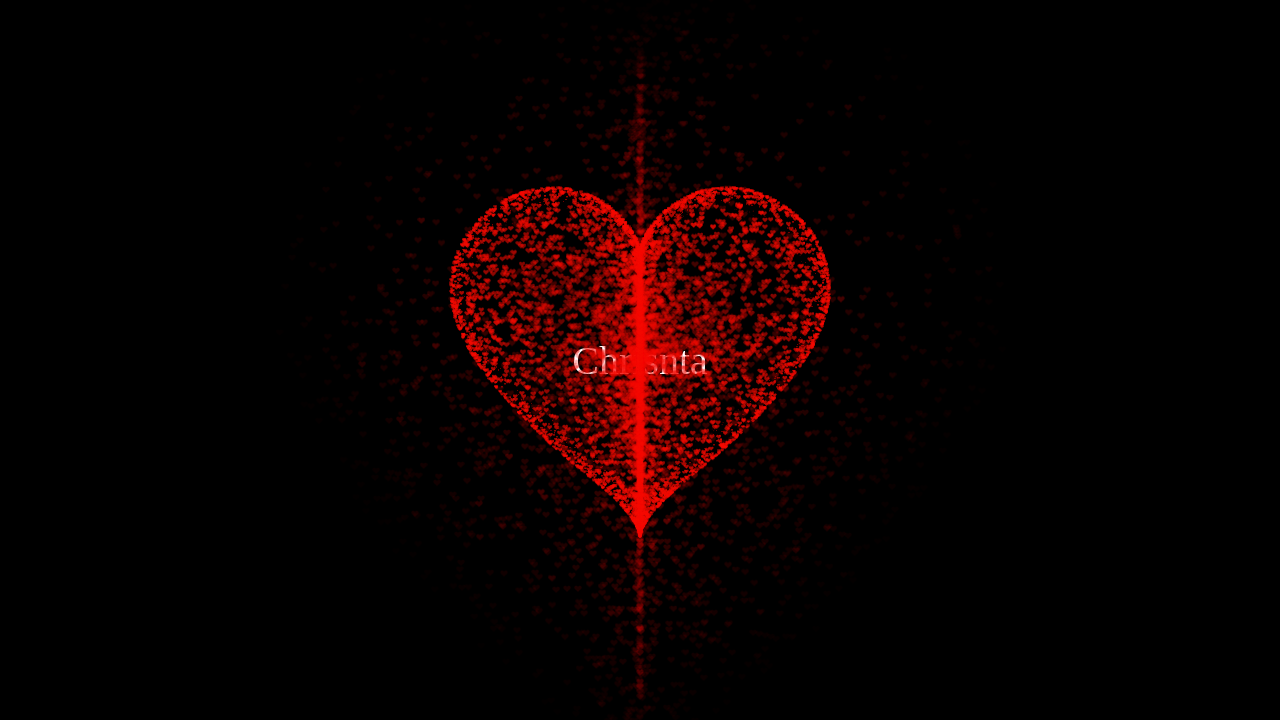
Repository: thaiduy1704/Heart
Page: index.html
The author's editor kept a copy of each file at every save. The page is drawn from the files as they stood at one save, then again after the next save.
The browser window is 1280 px wide. The pictures show the whole page.

Above is the page before, as saved 2022-11-11 01:57:08.
Not found: style.css

### index.html
<!DOCTYPE HTML PUBLIC "-//W3C//DTD HTML 4.0 Transitional//EN">
<HTML>
 <HEAD>
  <TITLE> MINH IT </TITLE>
  <META NAME="Generator" CONTENT="EditPlus">
  <META NAME="Author" CONTENT="">
  <META NAME="Keywords" CONTENT="">
  <META NAME="Description" CONTENT="">
  <link rel="stylesheet" href="style.css">
  <style>
  html, body {
  height: 100%;
  padding: 0;
  margin: 0;
  background: rgba(0, 0, 0, 0.851);
}
canvas {
  position: absolute;
  width: 100%;
  height: 100%;
}
  </style>
 </HEAD>
 <BODY>
  <div class="box">
    <canvas id="pinkboard"></canvas>
  </div>
<script>
var settings = {
  particles: {
    length:   10000, // maximum amount of particles
    duration:   4, // particle duration in sec
    velocity: 80, // particle velocity in pixels/sec
    effect: -1.3, // play with this for a nice effect
    size:      8, // particle size in pixels
  },
};
/*
 */
(function(){var b=0;var c=["ms","moz","webkit","o"];for(var a=0;a<c.length&&!window.requestAnimationFrame;++a){window.requestAnimationFrame=window[c[a]+"RequestAnimationFrame"];window.cancelAnimationFrame=window[c[a]+"CancelAnimationFrame"]||window[c[a]+"CancelRequestAnimationFrame"]}if(!window.requestAnimationFrame){window.requestAnimationFrame=function(h,e){var d=new Date().getTime();var f=Math.max(0,16-(d-b));var g=window.setTimeout(function(){h(d+f)},f);b=d+f;return g}}if(!window.cancelAnimationFrame){window.cancelAnimationFrame=function(d){clearTimeout(d)}}}());
/*
 * Point class
 */
var Point = (function() {
  function Point(x, y) {
    this.x = (typeof x !== 'undefined') ? x : 0;
    this.y = (typeof y !== 'undefined') ? y : 0;
  }
  Point.prototype.clone = function() {
    return new Point(this.x, this.y);
  };
  Point.prototype.length = function(length) {
    if (typeof length == 'undefined')
      return Math.sqrt(this.x * this.x + this.y * this.y);
    this.normalize();
    this.x *= length;
    this.y *= length;
    return this;
  };
  Point.prototype.normalize = function() {
    var length = this.length();
    this.x /= length;
    this.y /= length;
    return this;
  };
  return Point;
})();
/*
 * Particle class
 */
var Particle = (function() {
  function Particle() {
    this.position = new Point();
    this.velocity = new Point();
    this.acceleration = new Point();
    this.age = 0;
  }
  Particle.prototype.initialize = function(x, y, dx, dy) {
    this.position.x = x;
    this.position.y = y;
    this.velocity.x = dx;
    this.velocity.y = dy;
    this.acceleration.x = dx * settings.particles.effect;
    this.acceleration.y = dy * settings.particles.effect;
    this.age = 0;
  };
  Particle.prototype.update = function(deltaTime) {
    this.position.x += this.velocity.x * deltaTime;
    this.position.y += this.velocity.y * deltaTime;
    this.velocity.x += this.acceleration.x * deltaTime;
    this.velocity.y += this.acceleration.y * deltaTime;
    this.age += deltaTime;
  };
  Particle.prototype.draw = function(context, image) {
    function ease(t) {
      return (--t) * t * t + 1;
    }
    var size = image.width * ease(this.age / settings.particles.duration);
    context.globalAlpha = 1 - this.age / settings.particles.duration;
    context.drawImage(image, this.position.x - size / 2, this.position.y - size / 2, size, size);
  };
  return Particle;
})();
/*
 * ParticlePool class
 */
var ParticlePool = (function() {
  var particles,
      firstActive = 0,
      firstFree   = 0,
      duration    = settings.particles.duration;

  function ParticlePool(length) {
    // create and populate particle pool
    particles = new Array(length);
    for (var i = 0; i < particles.length; i++)
      particles[i] = new Particle();
  }
  ParticlePool.prototype.add = function(x, y, dx, dy) {
    particles[firstFree].initialize(x, y, dx, dy);

    // handle circular queue
    firstFree++;
    if (firstFree   == particles.length) firstFree   = 0;
    if (firstActive == firstFree       ) firstActive++;
    if (firstActive == particles.length) firstActive = 0;
  };
  ParticlePool.prototype.update = function(deltaTime) {
    var i;

    // update active particles
    if (firstActive < firstFree) {
      for (i = firstActive; i < firstFree; i++)
        particles[i].update(deltaTime);
    }
    if (firstFree < firstActive) {
      for (i = firstActive; i < particles.length; i++)
        particles[i].update(deltaTime);
      for (i = 0; i < firstFree; i++)
        particles[i].update(deltaTime);
    }

    // remove inactive particles
    while (particles[firstActive].age >= duration && firstActive != firstFree) {
      firstActive++;
      if (firstActive == particles.length) firstActive = 0;
    }


  };
  ParticlePool.prototype.draw = function(context, image) {
    // draw active particles
    if (firstActive < firstFree) {
      for (i = firstActive; i < firstFree; i++)
        particles[i].draw(context, image);
    }
    if (firstFree < firstActive) {
      for (i = firstActive; i < particles.length; i++)
        particles[i].draw(context, image);
      for (i = 0; i < firstFree; i++)
        particles[i].draw(context, image);
    }
  };
  return ParticlePool;
})();
/*
 * Putting it all together
 */
(function(canvas) {
  var context = canvas.getContext('2d'),
      particles = new ParticlePool(settings.particles.length),
      particleRate = settings.particles.length / settings.particles.duration, // particles/sec
      time;

  // get point on heart with -PI <= t <= PI
  function pointOnHeart(t) {
    return new Point(
      160 * Math.pow(Math.sin(t), 3),
      130 * Math.cos(t) - 50 * Math.cos(2 * t) - 20 * Math.cos(3 * t) - 10 * Math.cos(4 * t) + 25
    );
  }

  // creating the particle image using a dummy canvas
  var image = (function() {
    var canvas  = document.createElement('canvas'),
        context = canvas.getContext('2d');
    canvas.width  = settings.particles.size;
    canvas.height = settings.particles.size;
    // helper function to create the path
    function to(t) {
      var point = pointOnHeart(t);
      point.x = settings.particles.size / 2 + point.x * settings.particles.size / 350;
      point.y = settings.particles.size / 2 - point.y * settings.particles.size / 350;
      return point;
    }
    // create the path
    context.beginPath();
    var t = -Math.PI;
    var point = to(t);
    context.moveTo(point.x, point.y);
    while (t < Math.PI) {
      t += 0.01; // baby steps!
      point = to(t);
      context.lineTo(point.x, point.y);
    }
    context.closePath();
    // create the fill
    context.fillStyle = '#f50b02';
    context.fill();
    // create the image
    var image = new Image();
    image.src = canvas.toDataURL();
    return image;
  })();

  // render that thing!
  function render() {
    // next animation frame
    requestAnimationFrame(render);

    // update time
    var newTime   = new Date().getTime() / 1000,
        deltaTime = newTime - (time || newTime);
    time = newTime;

    // clear canvas
    context.clearRect(0, 0, canvas.width, canvas.height);

    // create new particles
    var amount = particleRate * deltaTime;
    for (var i = 0; i < amount; i++) {
      var pos = pointOnHeart(Math.PI - 2 * Math.PI * Math.random());
      var dir = pos.clone().length(settings.particles.velocity);
      particles.add(canvas.width / 2 + pos.x, canvas.height / 2 - pos.y, dir.x, -dir.y);
    }

    // update and draw particles
    particles.update(deltaTime);
    particles.draw(context, image);
  }

  // handle (re-)sizing of the canvas
  function onResize() {
    canvas.width  = canvas.clientWidth;
    canvas.height = canvas.clientHeight;
  }
  window.onresize = onResize;

  // delay rendering bootstrap
  setTimeout(function() {
    onResize();
    render();
  }, 10);
})(document.getElementById('pinkboard'));
  </script>
 </BODY>
</HTML>
</HTML>
  </script>
  <div class="center-text",
  style="background-color:rgb(0, 0, 0);
        width: 100%;
        color: white ;
        height:100%;
        font-size: 40px;
        font-style: Bold;
        font-family: 'Dancing Script', cursive;
        display: flex;
        align-items: center;
        justify-content: center;
        margin-bottom: 200px;
        text-align: center;">Chrisnta</div>
 </BODY>
</HTML>
<!-- color: rgb(225, 12, 168); -->

After the next save:
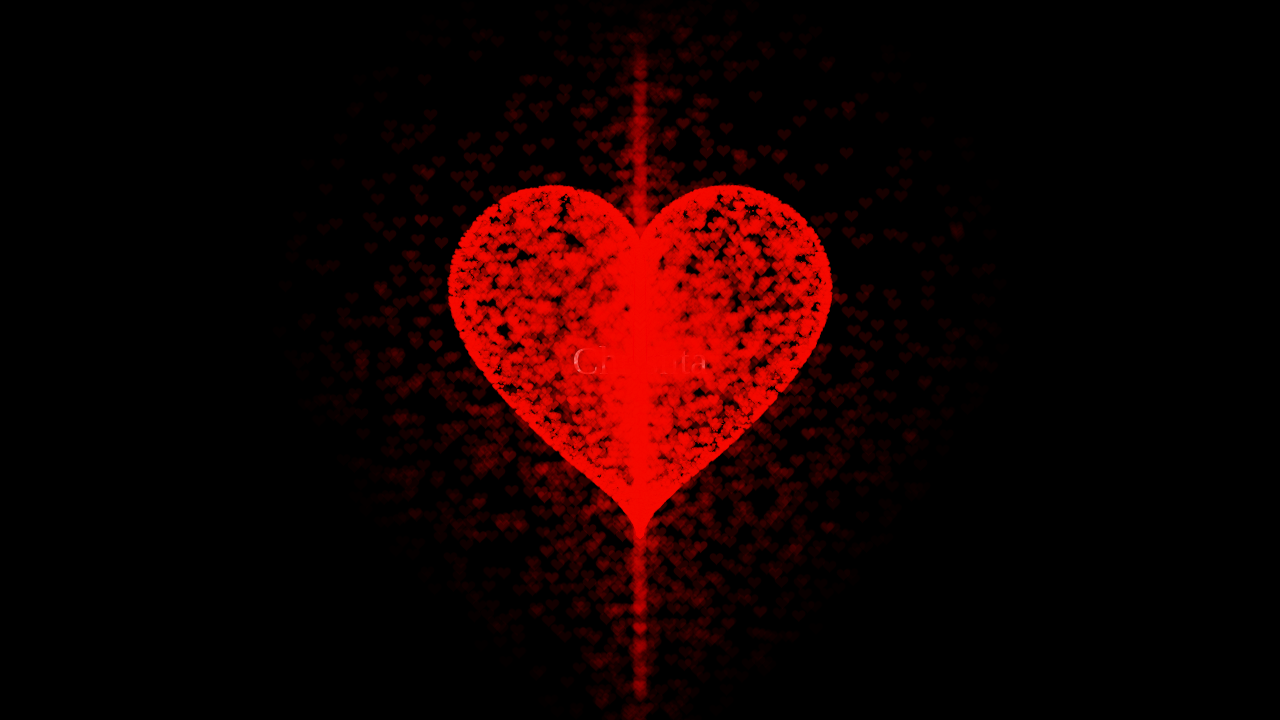
Saved 38 s later.
--- a/index.html
+++ b/index.html
@@ -32,7 +32,7 @@
     duration:   4, // particle duration in sec
     velocity: 80, // particle velocity in pixels/sec
     effect: -1.3, // play with this for a nice effect
-    size:      8, // particle size in pixels
+    size:      15, // particle size in pixels
   },
 };
 /*

After the save that followed:
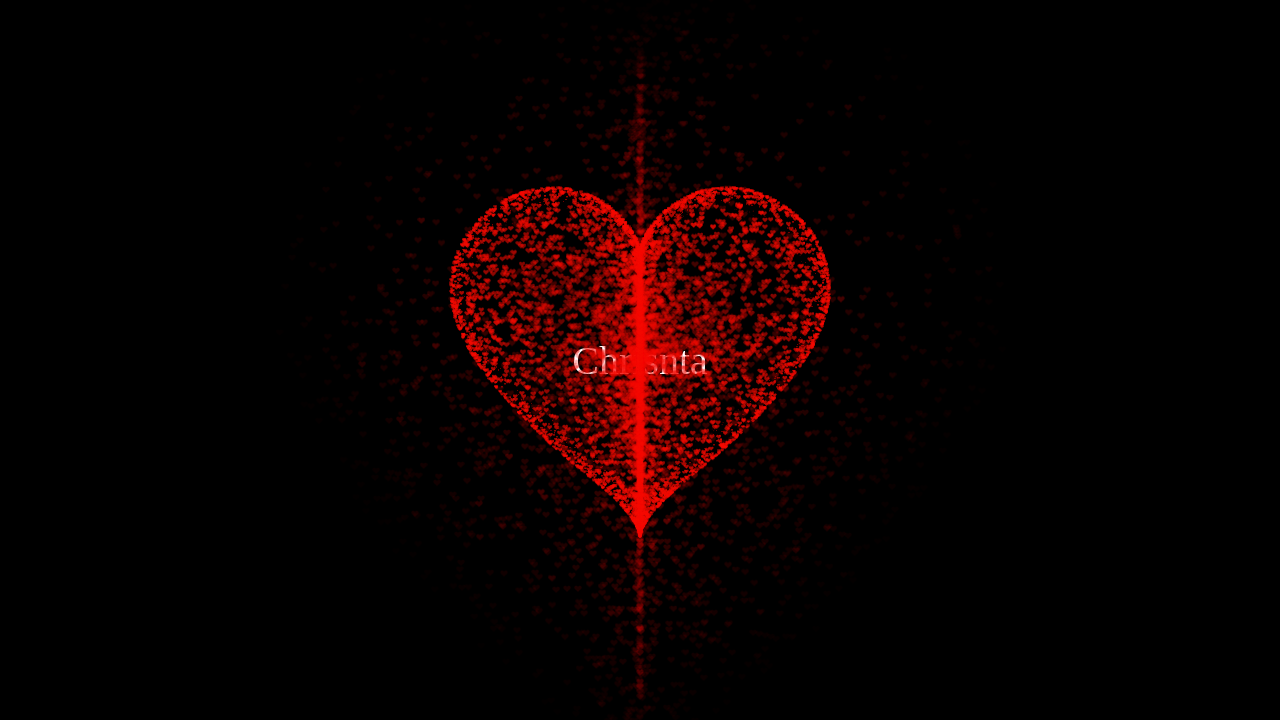
Saved 12 s later.
--- a/index.html
+++ b/index.html
@@ -32,7 +32,7 @@
     duration:   4, // particle duration in sec
     velocity: 80, // particle velocity in pixels/sec
     effect: -1.3, // play with this for a nice effect
-    size:      15, // particle size in pixels
+    size:      8, // particle size in pixels
   },
 };
 /*
